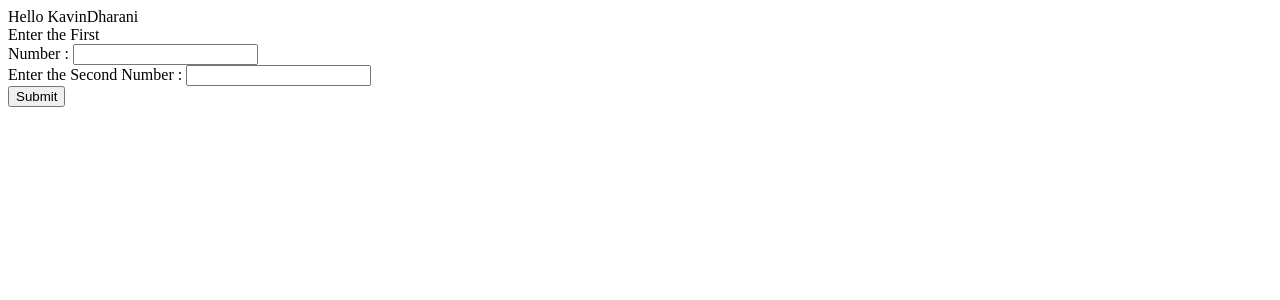
Repository: KavinAdithya/Servlet-JSP
Page: RemoAPP/src/main/webapp/Helo.html
The author's editor kept a copy of each file at every save. The page is drawn from the files as they stood at one save, then again after the next save.
The browser window is 1280 px wide. The pictures show the whole page.

Above is the page before, as saved 2024-03-15 01:16:32.

### RemoAPP/src/main/webapp/Helo.html
<!DOCTYPE html>
<html>
<head>
	<title>
		techccrackUnivers
	</title>
</head>
<body>
    Hello KavinDharani
    <form action="add">
    	Enter the First <br>Number : <input type="text" name="num1"><br>
    	Enter the Second Number : <input type="text" name="num2"><br>
    	<input type="Submit">
    </form>
</body>
</html>

After the next save:
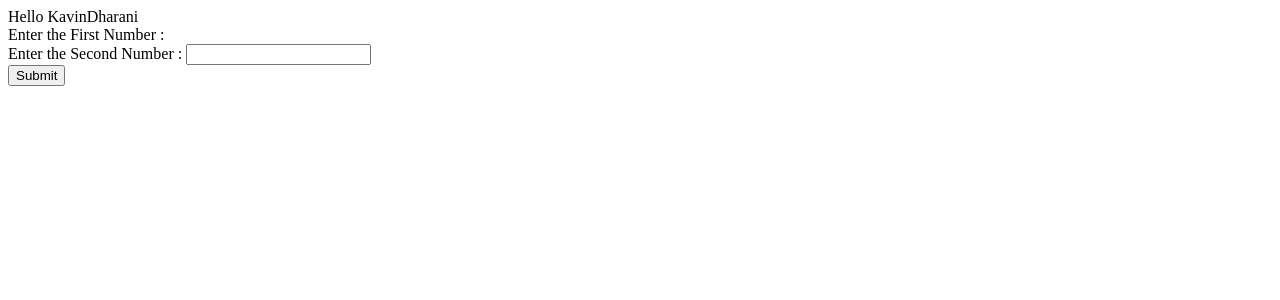
Saved 3 min 19 s later.
--- a/RemoAPP/src/main/webapp/Helo.html
+++ b/RemoAPP/src/main/webapp/Helo.html
@@ -8,7 +8,7 @@
 <body>
     Hello KavinDharani
     <form action="add">
-    	Enter the First <br>Number : <input type="text" name="num1"><br>
+    	Enter the First Number : <input type="hidden" name="num1"><br>
     	Enter the Second Number : <input type="text" name="num2"><br>
     	<input type="Submit">
     </form>
